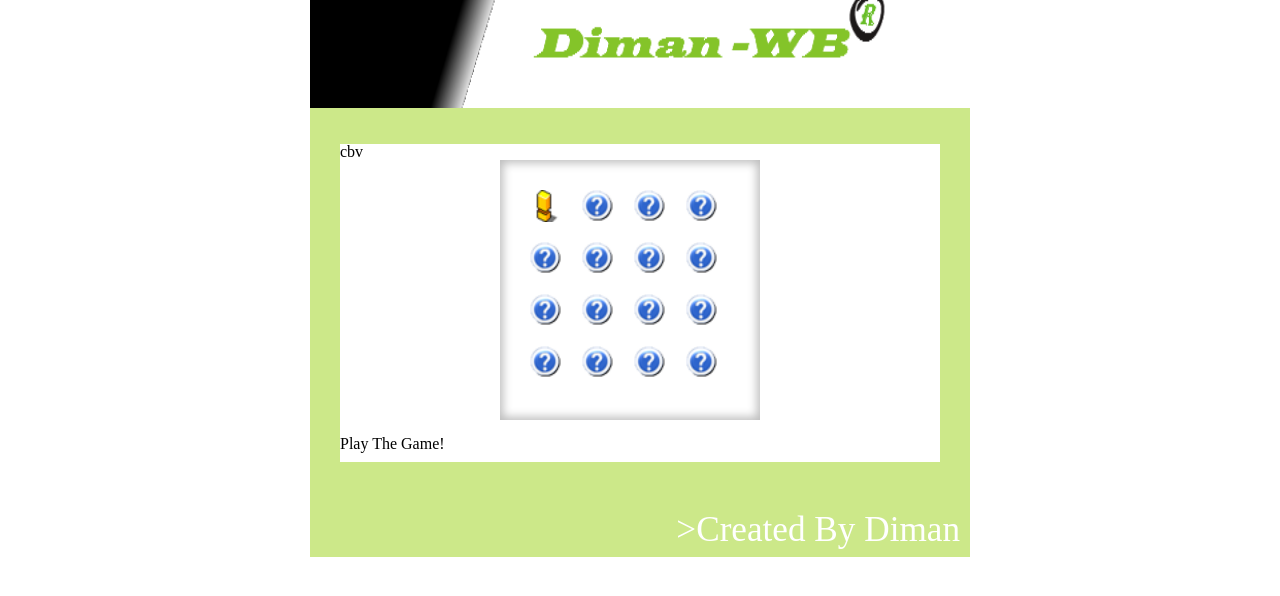
Repository: dn222em/1dv403-laborationer
Page: 3-gameon/index.html
The author's editor kept a record of every edit. The page is drawn from the files as they stood at one moment, then again after the next edit.
The browser window is 1280 px wide. The pictures show the whole page.
After loading, the first visible `#picture\ No1` was clicked once.

Above is the page before.
Console error: TypeError: Cannot read properties of undefined (reading 'target')

After the next edit:
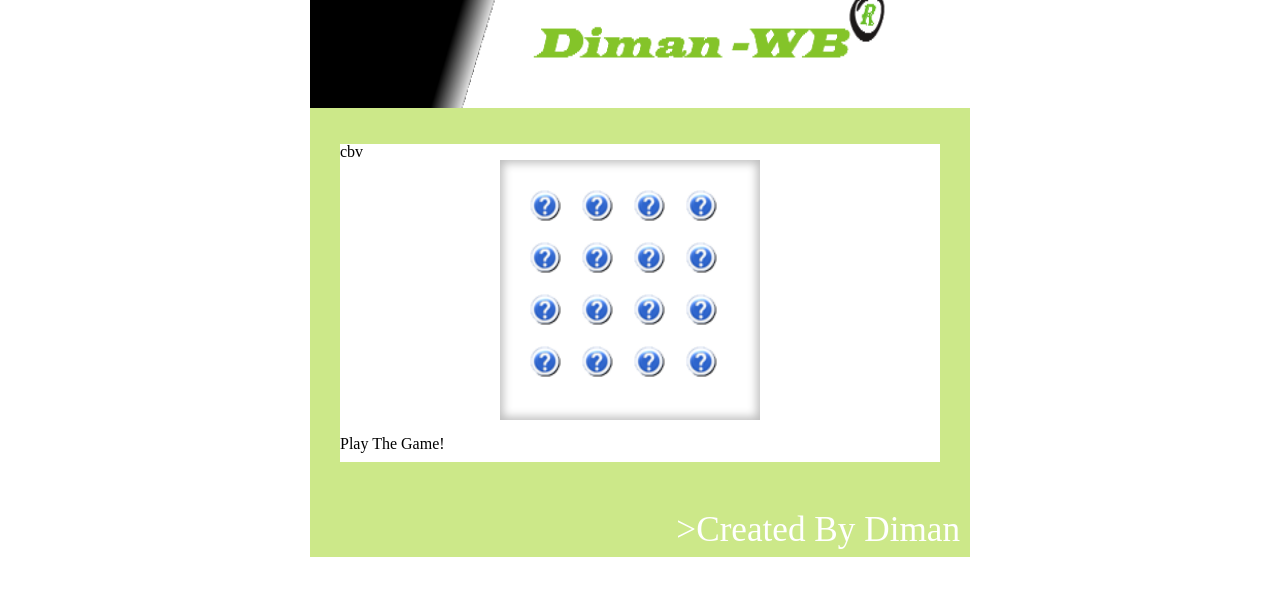
Console error: TypeError: Cannot read properties of null (reading 'setAttribute')
The edit:
--- a/3-gameon/memory/script/MemoryBoard.js
+++ b/3-gameon/memory/script/MemoryBoard.js
@@ -54,6 +54,7 @@
             console.log((countClicks));
 
             var a = str.target.id;
+            a=str;
             var newPicture = document.getElementById(a);
 
             newPicture.setAttribute("src", pictures[0]);

After the 2 edits that followed:
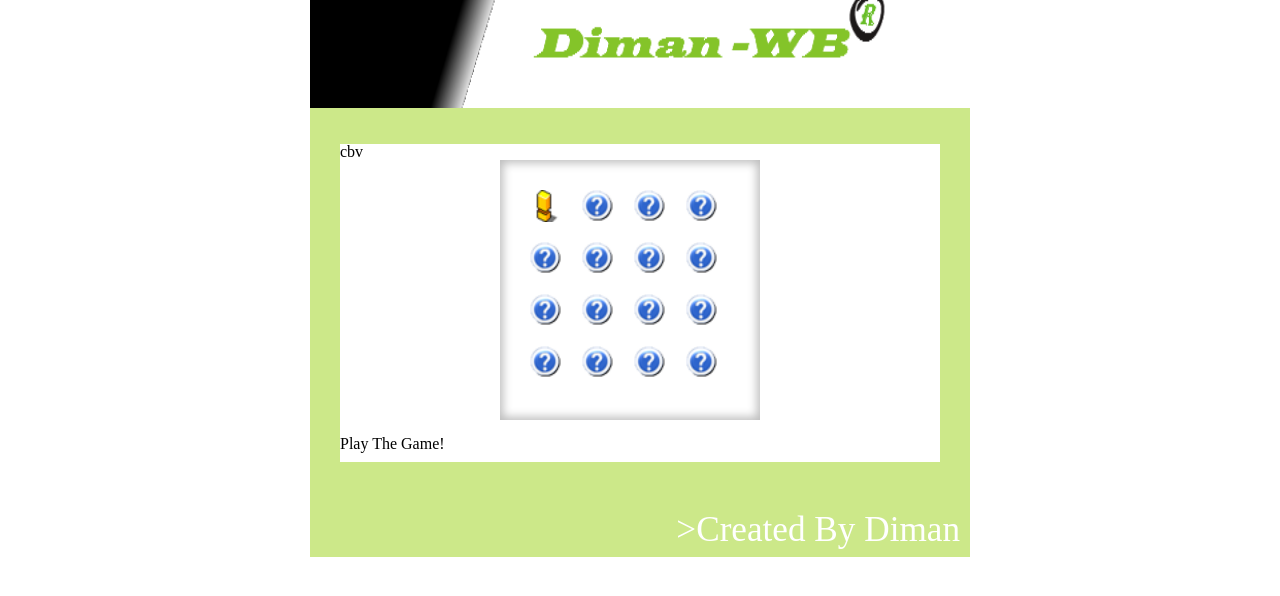
Console error: TypeError: Cannot read properties of undefined (reading 'id')
The 2 edits are shown as one change because 1 left the picture as it was.
The edit:
--- a/3-gameon/memory/script/MemoryBoard.js
+++ b/3-gameon/memory/script/MemoryBoard.js
@@ -54,13 +54,13 @@
             console.log((countClicks));
 
             var a = str.target.id;
-            a=str;
+
             var newPicture = document.getElementById(a);
 
             newPicture.setAttribute("src", pictures[0]);
             pictures.splice(0,1);
             newPicture.innerHTML;
-            freezePictures();
+            freezePictures(a);
             return countClicks;
         }
         function randomImage(){
